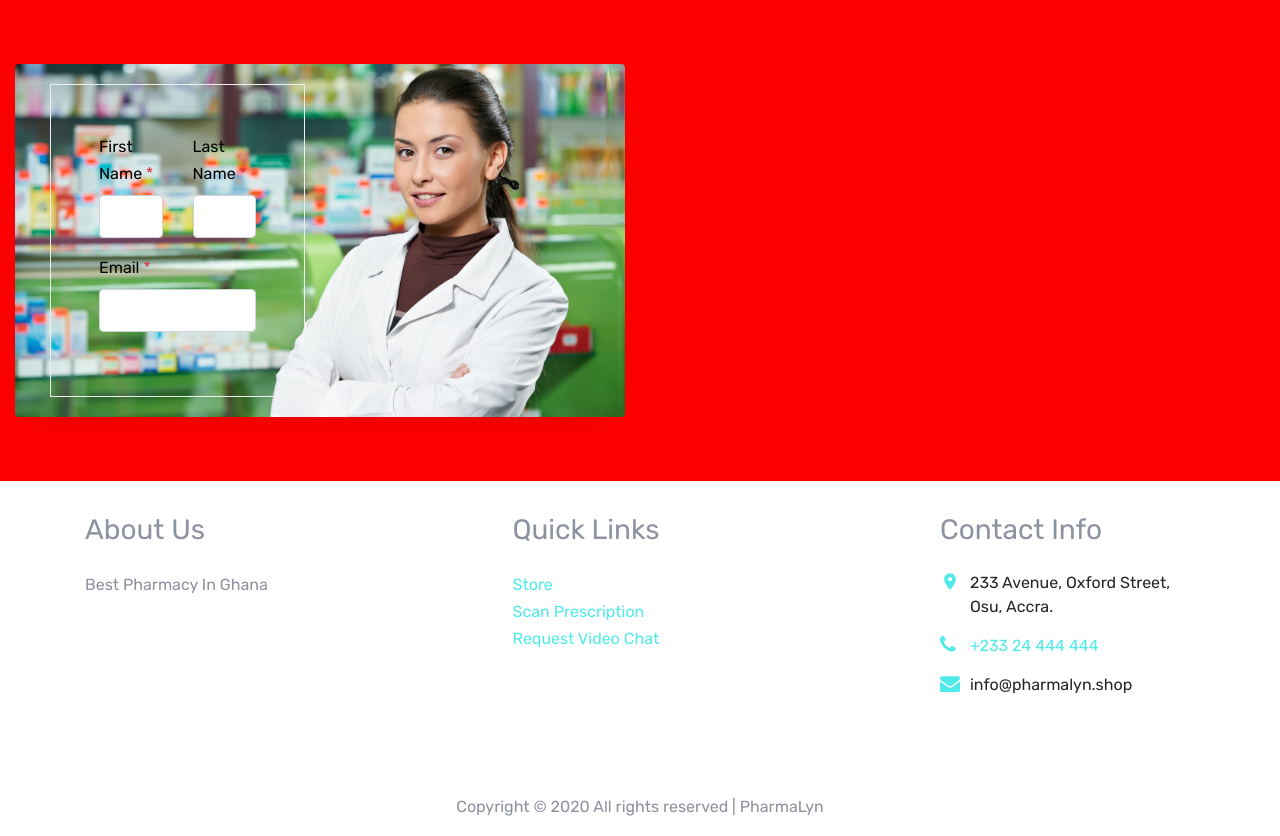
Repository: Nat-A/finalyearproject
Page: pharma/index - Copy.html
The author's editor kept a copy of each file at every save. The page is drawn from the files as they stood at one save, then again after the next save.
The browser window is 1280 px wide. The pictures show the part of the page from y = 802 to 1638 px (the page is 1638 px tall).

Above is the page before, as saved 2020-06-03 12:54:31.

After the next save:
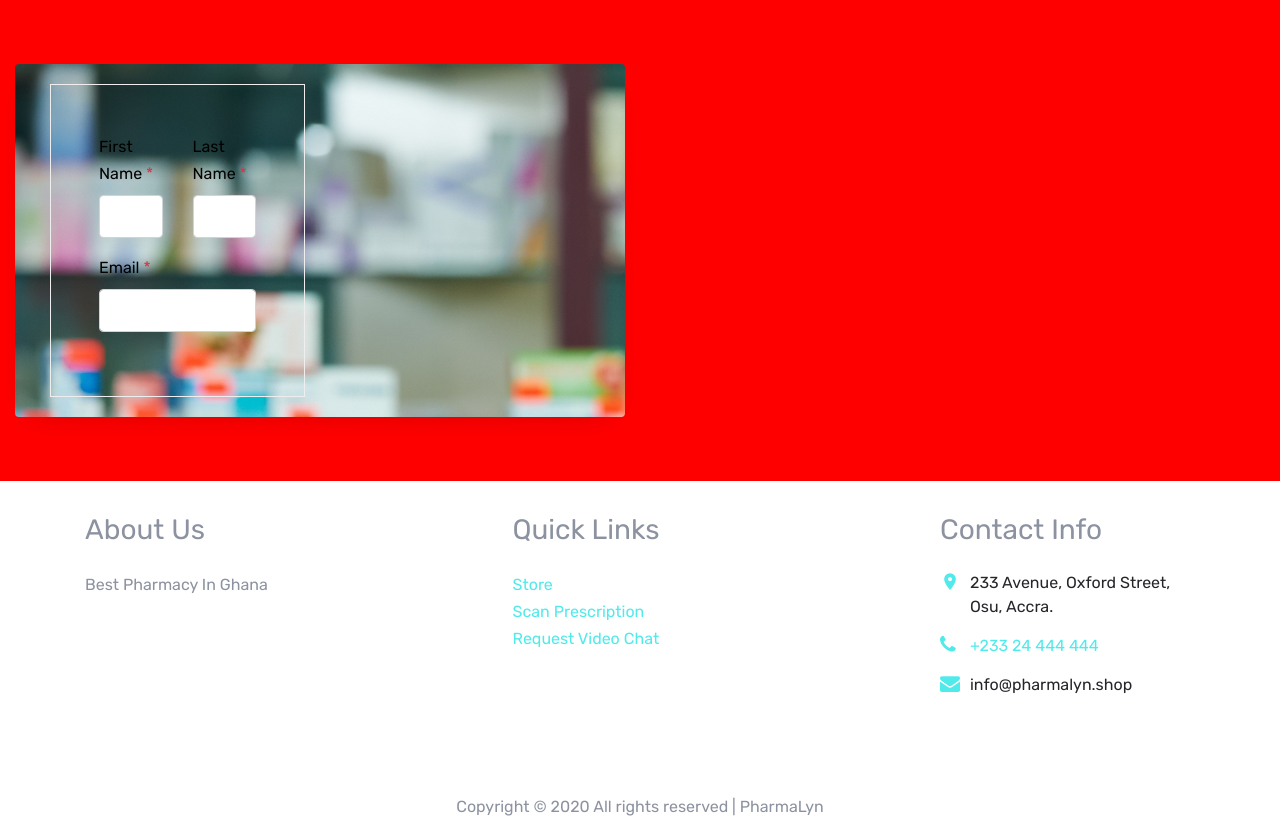
Saved 22 s later.
--- a/pharma/index - Copy.html
+++ b/pharma/index - Copy.html
@@ -106,7 +106,7 @@
 
 
             <div class="col-lg-6 mb-5 mb-lg-0 ">
-                <a class="banner-1 h-100" style="background-image: url( 'images/avatars/doctor4.jpg'); ">
+                <a class="banner-1 h-100" style="background: url( 'images/avatars/doctor4.jpg'); ">
                     <div class="banner-1-inner align-self-center ">
 
                         <div class="col-md-12">
